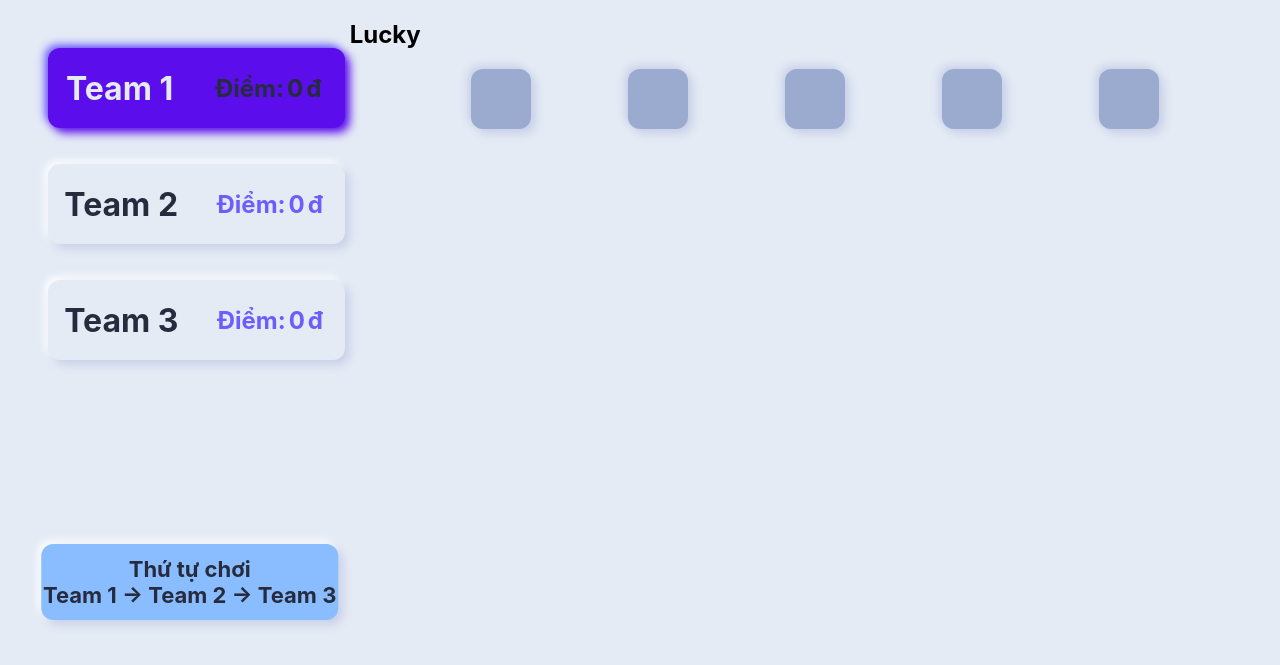
Repository: tinh2044/quzzi_game
Page: /
These files come from the project's save history. The page is drawn as it stood at one moment and after the next save; the edit follows.
The browser window is 1280 px wide. The pictures show the whole page.
The project was rebuilt for these pictures with package versions that can differ from the ones it lists, and the page was loaded fresh each time. Also part of the build but not shown: src/components/Notification.jsx, src/components/AnswerItem.jsx, src/components/Question.jsx, src/components/SortTeam.jsx.

Above is the page before, as saved 2022-12-15 09:44:38.

After the next save:
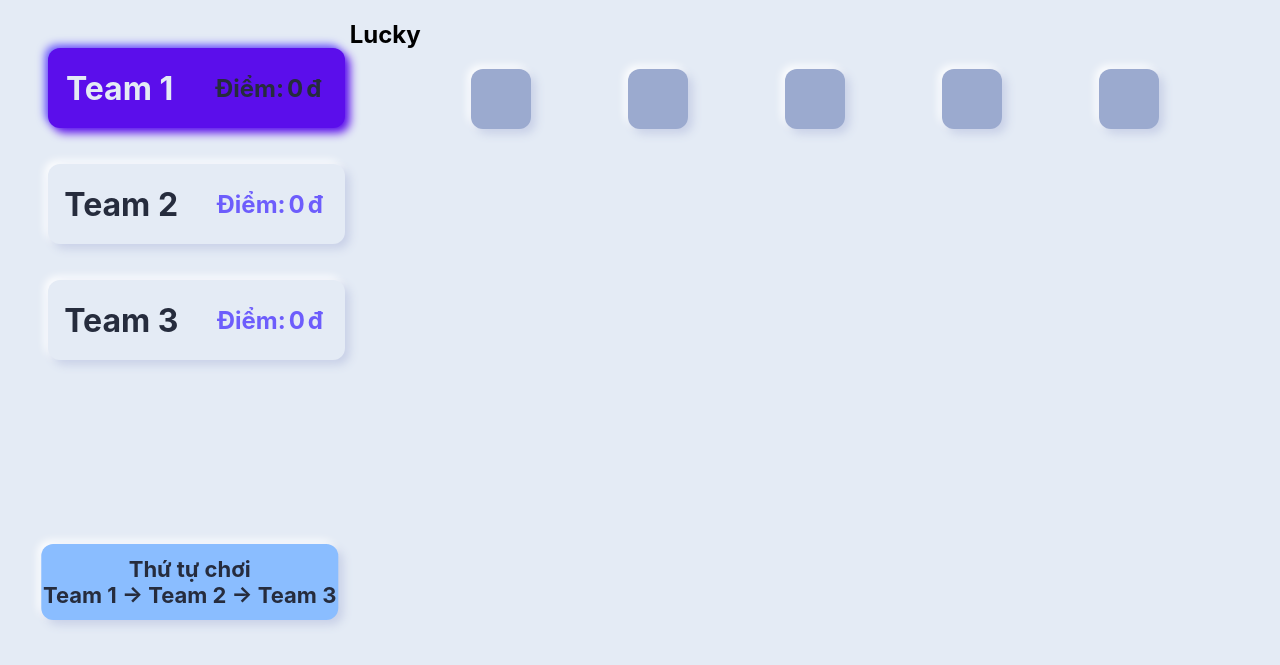
Saved 17 s later.
--- a/src/App.css
+++ b/src/App.css
@@ -314,5 +314,5 @@ input:focus {
     height: 60px;
     border-radius: 12px;
     background-color: var(--greyDark);
-    box-shadow: 0.3rem 0.3rem 0.6rem var(--greyLight-2), -0.2rem -0.2rem 0.5rem var(--greyLight-2);
-}
+    box-shadow: 0.3rem 0.3rem 0.6rem var(--greyLight-2), -0.2rem -0.2rem 0.5rem var(--white);
+}
